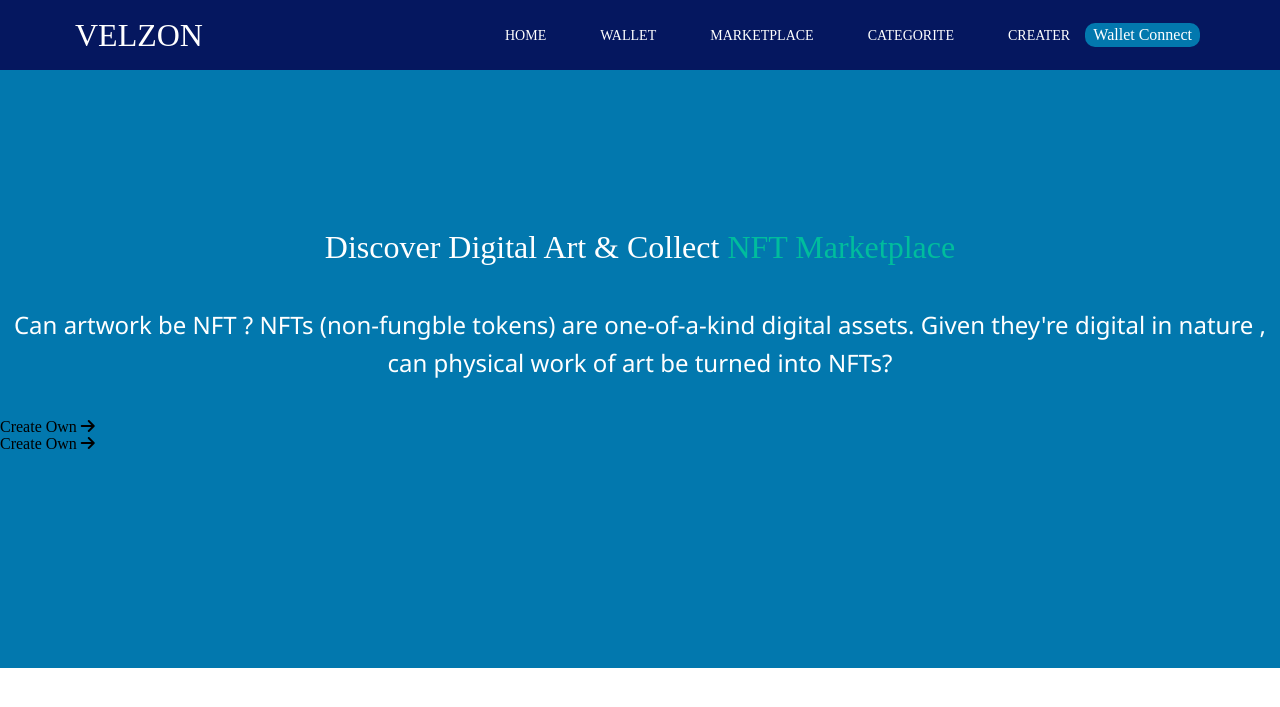
Repository: HuynhDuc23/Webvideodesgin
Page: index.html
These files come from the project's save history. The page is drawn as it stood at one moment and after the next save; the edit follows.
The browser window is 1280 px wide. The pictures show the whole page.
The style sheet was rebuilt from its Sass, Less or Tailwind sources for each picture, by a compiler version that may differ from the author's.

Above is the page before, as saved 2023-04-25 12:19:27.

### index.html
<!DOCTYPE html>
<html lang="en">
<head>
    <meta charset="UTF-8">
    <meta http-equiv="X-UA-Compatible" content="IE=edge">
    <meta name="viewport" content="width=device-width, initial-scale=1.0">
    <link rel="stylesheet" href="https://cdnjs.cloudflare.com/ajax/libs/font-awesome/6.4.0/css/all.min.css" integrity="sha512-iecdLmaskl7CVkqkXNQ/ZH/XLlvWZOJyj7Yy7tcenmpD1ypASozpmT/E0iPtmFIB46ZmdtAc9eNBvH0H/ZpiBw==" crossorigin="anonymous" referrerpolicy="no-referrer" />
    <link rel="stylesheet" href="./reset.css">
    <link rel="stylesheet" href="style.css">
    <title>LoadingPage</title>
</head>
<body>
    <div class="loadingpage">
     <div class="loadingpage__heading">
        <div class="loadingpage__header">
            <div class="loadingpage__left"><h4 class="loadingpage__content">VELZON</h4></div>
            <div class="loaddingpage__right">
                <ul class="loadingpage__list">
                    <li class="loadingpage__items"><h5 class="loadingpage__padding">Home</h5></li>
                    <li class="loadingpage__items"><h5 class="loadingpage__padding">Wallet</h5></li>
                    <li class="loadingpage__items"><h5 class="loadingpage__padding">MarketPlace</h5></li>
                    <li class="loadingpage__items"><h5 class="loadingpage__padding">categorite</h5></li>
                    <li class="loadingpage__items"><h5 class="loadingpage__padding">Creater</h5></li>
                </ul>
            </div>
        </div>
        <div class="loadingpage__mid">
            <div class="loadingpage__mid__content1">
                <h1 class="loadingpage__mid__content">Discover Digital Art
                     & Collect <span>NFT Marketplace</span></h1>
            </div>
            <div class="loadingpage__mid__content2">
                <div class="loadingpage__mid__content2__content">
                    <p class="loadingpage__mid__content2__para">
                        Can artwork be NFT ? NFTs (non-fungble tokens) are one-of-a-kind digital assets. Given they're  digital in nature , can physical work of art be turned into NFTs?
                    </p>
                </div>
                <div class="button__mid">
                    <div class="button">
                        <div class="button__1">Create Own
                         <i class="fa-solid fa-arrow-right"></i>
                        </div>
                     </div>
                     <div class="button">
                         <div class="button__1">Create Own
                          <i class="fa-solid fa-arrow-right"></i>
                         </div>
                      </div>
                </div>
            </div>
        </div>
     </div>
    </div>
</body>
</html>

### style.scss
html {
    box-sizing: border-box;
}
*{
    font-size: 16.5rem;
    font-family: 'Segoe UI', Tahoma, Geneva, Verdana, sans-serif;
}
.loadingpage {
    &__heading {
        width: 100%;
        height: 668px;
      //  background-color: #0278ae;
        background-color:rgb(2,120,174);
    }
    &__header {
        width: 100%;
        height: 70px;
        background-color: #05175f;
        display: flex ;
        justify-content: flex-start;
        align-items: center;
        position: relative;
    }
    &__left {
        padding:  27px 75px;
        cursor: pointer;
    }
    &__content {
        color: white;
        font-weight: 500;
        font-size: 14px;
        line-height: 21px;
        text-transform: uppercase;
        font-size: xx-large;
    }
    &__right {
        margin-left: 200px;
    }
    &__list {
        display: flex;
        align-items: center;
        padding-left: 200px;

        &:before {
            content: "Wallet Connect";
            padding: 4px 8px ;
            top: 50%;
            right: 80px;
            position: absolute;
            color: white;
            transform: translateY(-50%);
            background-color: rgb(2,120,174);
            cursor: pointer;
            border-radius: 10px ;
        }

    }
    &__items {
        padding: 27px;
        &:hover {
            color: #00bd9d;
            cursor: pointer;
        }
    }
    &__padding {
       color: white;
       font-weight: 500;
       font-size: 14px;
       line-height: 21px;
       text-transform: uppercase;
       &:hover {
        color: #00bd9d;
        cursor: pointer;
    }
    }

    &__mid__content1 {
        padding-top: 167px;
        margin-bottom: 45px;
    }
    &__mid__content {
        position: relative;
        left: 50%;
        transform: translateX(-50%);
        color: white;
        font-size: xx-large;
        // text-align: center;
        display: inline-block;
        line-height: 21px;
        &>span {
            display: inline-block;
            color: #00bd9d;
        }
    }
}
.loadingpage__mid__content2 {
     display: inline-block;
     position: relative;
     left: 50%;
     transform: translateX(-50%);
     &__content {
        padding-bottom: 35px;
     }
    &__para {
        color: #ffffff;
        font-family: 'Segoe UI', Tahoma, Geneva, Verdana, sans-serif;
        line-height: 1.6;
        text-align: center;
        font-size:x-large;

     }
}

Loaded but not shown: reset.css (common file)

After the next save:
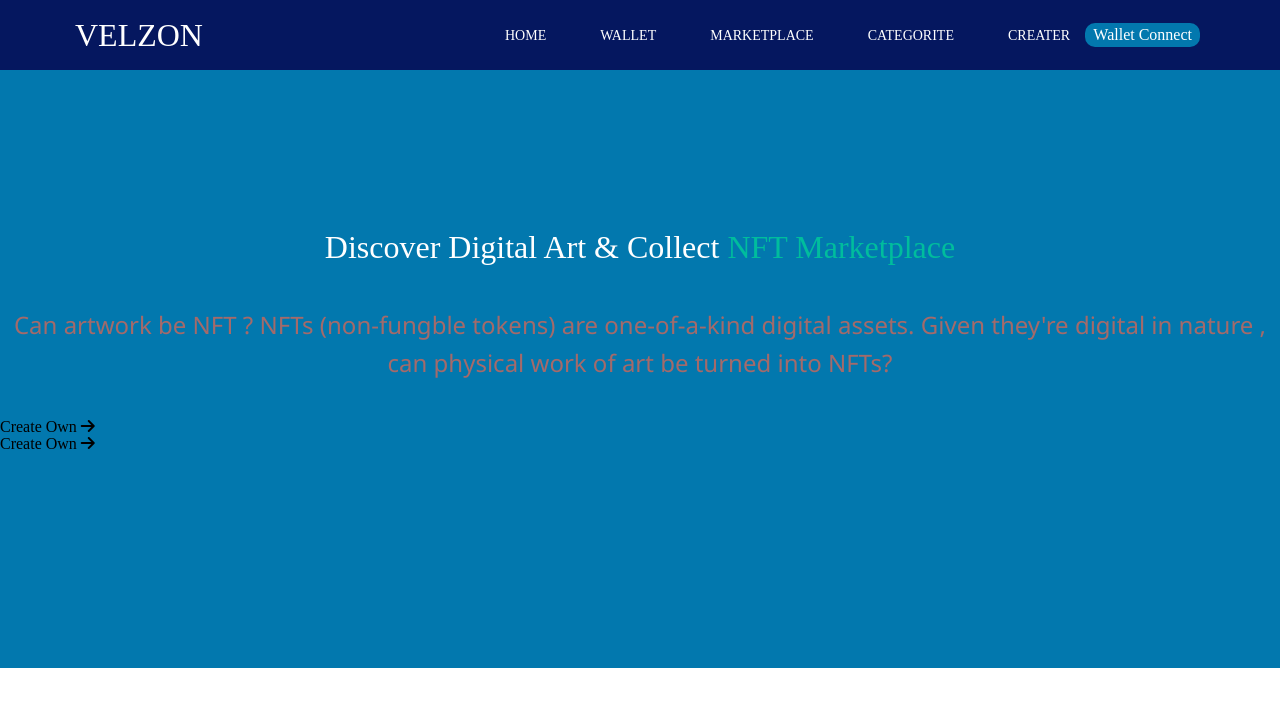
Saved 46 s later.
--- a/style.scss
+++ b/style.scss
@@ -102,7 +102,7 @@
         padding-bottom: 35px;
      }
     &__para {
-        color: #ffffff;
+        color: #a46a6a;
         font-family: 'Segoe UI', Tahoma, Geneva, Verdana, sans-serif;
         line-height: 1.6;
         text-align: center;

After the save that followed:
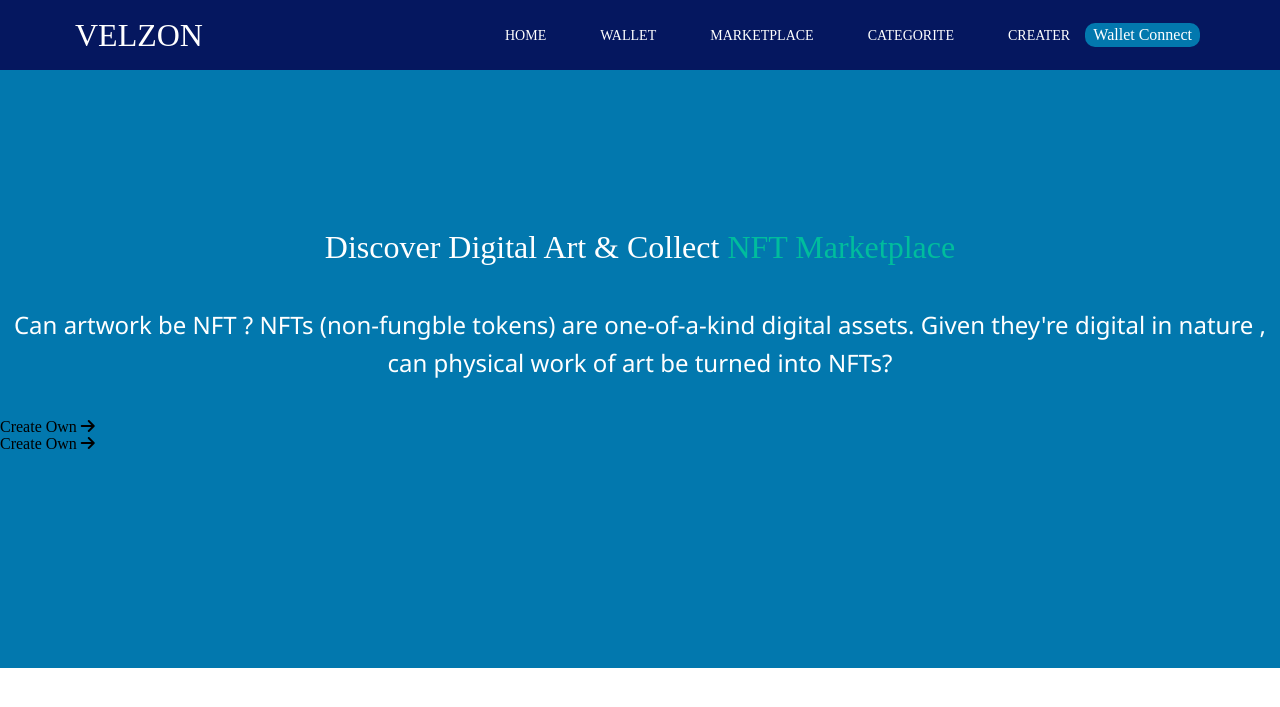
Saved 19 s later.
--- a/style.scss
+++ b/style.scss
@@ -102,7 +102,7 @@
         padding-bottom: 35px;
      }
     &__para {
-        color: #a46a6a;
+        color: #ffffff;
         font-family: 'Segoe UI', Tahoma, Geneva, Verdana, sans-serif;
         line-height: 1.6;
         text-align: center;
